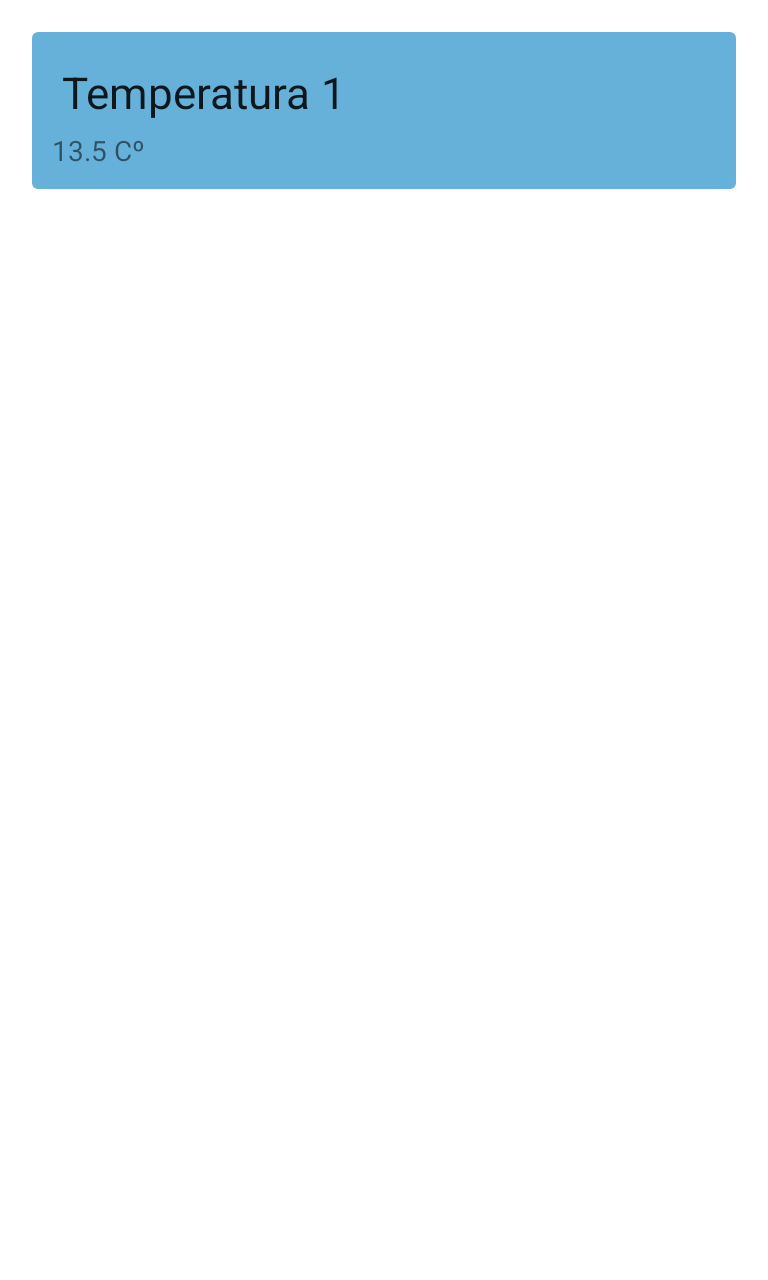
Repository: arodriguezp2003/aqandroid
Layout: Aquacontrol/res/layout/activity_main.xml
These files come from the project's save history. The layout is drawn as it stood at one moment and after the next save; the edit follows.
It is drawn on a 768 x 1280 px phone screen (xhdpi) without system bars, with theme AppTheme; the app's code is not run.

Above is the layout before, as saved 2014-06-11 19:09:44.

### Aquacontrol/res/layout/activity_main.xml
<LinearLayout xmlns:tools="http://schemas.android.com/tools"
    xmlns:android="http://schemas.android.com/apk/res/android"
    android:layout_width="match_parent"
    android:layout_height="match_parent"
    android:background="@drawable/blanco"
    android:orientation="vertical"
    android:paddingBottom="@dimen/activity_vertical_margin"
    android:paddingLeft="@dimen/activity_horizontal_margin"
    android:paddingRight="@dimen/activity_horizontal_margin"
    android:paddingTop="@dimen/activity_vertical_margin"
    tools:context=".MainActivity" >

    <LinearLayout
        android:layout_width="match_parent"
        android:layout_height="wrap_content"
        android:orientation="vertical"
        android:padding="10dp"
        android:background="@drawable/btn"
         >
     <TextView
            android:id="@+id/textView1"
            android:layout_width="match_parent"
            android:padding="5dp"
            android:layout_height="wrap_content"
            android:text="Temperatura 1"
            android:textAppearance="?android:attr/textAppearanceLarge" />
        <TextView
            android:id="@+id/xTexto"
            android:layout_width="match_parent"
            android:layout_height="wrap_content"
            android:text="13.5 Cº"
             >

        </TextView>



    </LinearLayout>

    </LinearLayout>

### Aquacontrol/res/drawable-xhdpi/blanco.xml
<?xml version="1.0" encoding="utf-8"?>
<selector xmlns:android="http://schemas.android.com/apk/res/android" >
    <item>
        <shape >
            <solid android:color="#FFF" />
        </shape>
    </item>

</selector>

### Aquacontrol/res/drawable-xhdpi/btn.xml
<?xml version="1.0" encoding="utf-8"?>
<selector xmlns:android="http://schemas.android.com/apk/res/android">
    <item android:state_pressed="true" >
        <shape>
            <solid
                android:color="#124686" />

            <corners
                android:radius="3dp" />
            <padding
                android:left="10dp"
                android:top="10dp"
                android:right="10dp"
                android:bottom="10dp" />
        </shape>
    </item>
    <item >
        <shape >
            <solid
                android:color="#66b1da" />

            <corners
                android:radius="3dp" />
            <padding
                android:left="10dp"
                android:top="10dp"
                android:right="10dp"
                android:bottom="10dp" />
        </shape>
    </item>
</selector>

### Aquacontrol/res/drawable-xhdpi/text_btn.xml
<?xml version="1.0" encoding="utf-8"?>
<selector
    xmlns:android="http://schemas.android.com/apk/res/android"
>
    <!-- Any Enabled button, gets White Text -->
    <item
        android:color="#FFF"
        android:state_enabled="true" />

    <!-- Buttons with any other state, get DarkGray Text -->
    <item
        android:color="#FFF"/>
</selector>

Loaded but not shown: Aquacontrol/res/values/styles.xml (common file); Aquacontrol/res/values-v11/styles.xml (common file); Aquacontrol/res/values-v14/styles.xml (common file); Aquacontrol/res/values/dimens.xml (common file); Aquacontrol/res/values-w820dp/dimens.xml (common file)

After the next save:
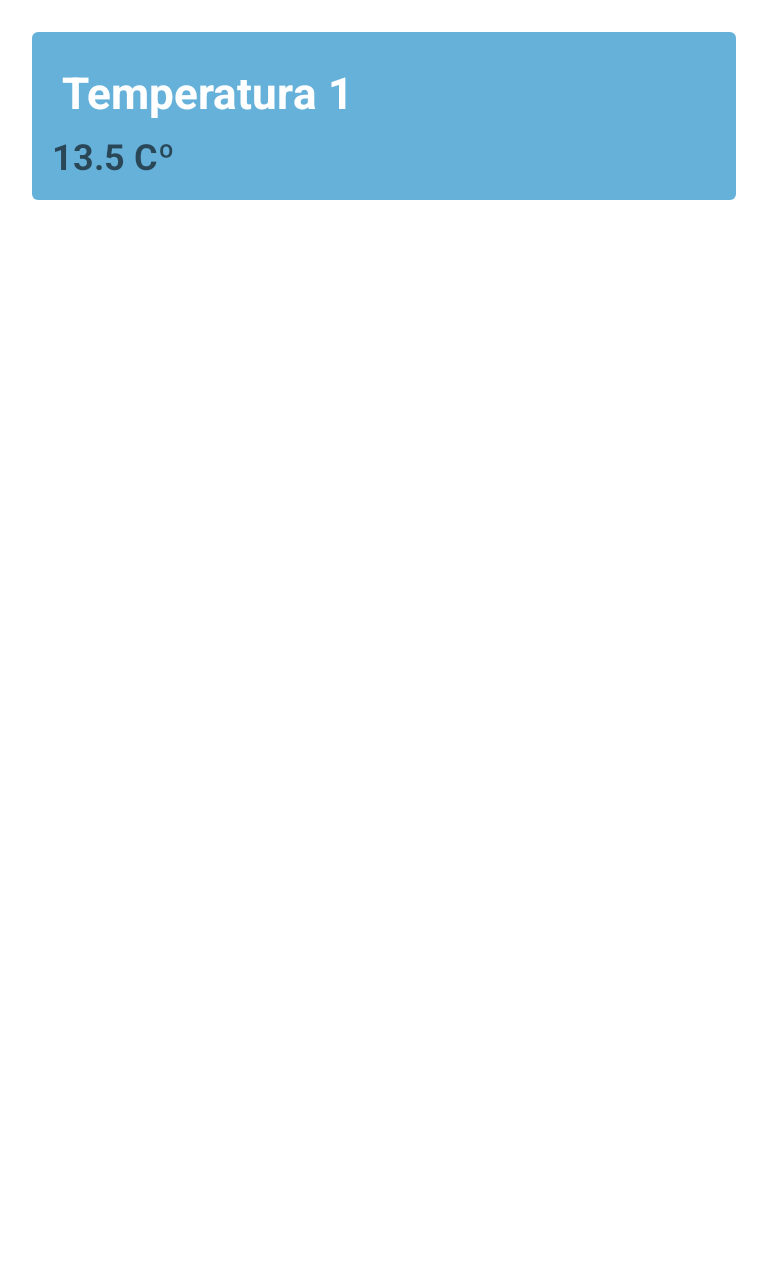
Saved 2 min 28 s later.
--- a/Aquacontrol/res/layout/activity_main.xml
+++ b/Aquacontrol/res/layout/activity_main.xml
@@ -17,19 +17,25 @@
         android:padding="10dp"
         android:background="@drawable/btn"
          >
+
      <TextView
-            android:id="@+id/textView1"
-            android:layout_width="match_parent"
-            android:padding="5dp"
-            android:layout_height="wrap_content"
-            android:text="Temperatura 1"
-            android:textAppearance="?android:attr/textAppearanceLarge" />
+         android:id="@+id/textView1"
+         android:layout_width="match_parent"
+         android:layout_height="wrap_content"
+         android:padding="5dp"
+         android:text="Temperatura 1"
+         android:textAppearance="?android:attr/textAppearanceLarge"
+         android:textColor="@drawable/text_btn"
+         android:textColorHint="@drawable/text_btn"
+         android:textStyle="bold" />
+
         <TextView
             android:id="@+id/xTexto"
             android:layout_width="match_parent"
             android:layout_height="wrap_content"
             android:text="13.5 Cº"
-             >
+            android:textAppearance="?android:attr/textAppearanceMedium"
+            android:textStyle="bold" >
 
         </TextView>
 
